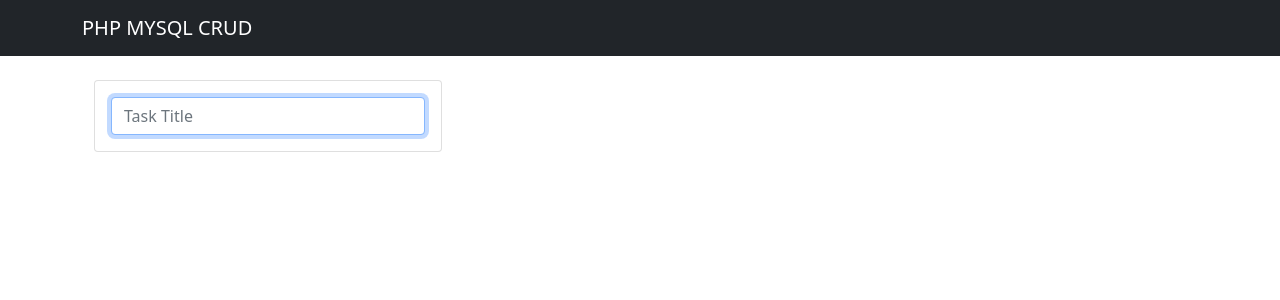
Repository: NickArregoces/Task_Crud
Page: http://localhost/
An editor plug-in stored every save of this project. The page is shown before and after the next save, followed by the edit.
The browser window is 1280 px wide. The pictures show the whole page.
Some web libraries are served in a nearby version. The page is run by PHP 8.4 with error messages shown; the project is at /var/www/html/.

Above is the page before, as saved 2022-03-17 16:41:46.

### index.php
<?php include("db.php") ?>

<?php include("includes/header.php") ?>

<div class="container p-4">
    <div class="row">
        <div class="col-md-4">
            <div class="card card-body"><!--tarjeta-->
                <form action="">
                    <div class="form-group">
                        <input type="text" name="title" class ="form-control" placeholder ="Task Title" autofocus>
                    </div>
                </form>
            </div>
        </div>

        <div class="col-md-8">

        </div>
    </div>
</div>

<?php include("includes/footer.php") ?>

### db.php
<?php
$conn = mysqli_connect( //var
    'localhost',//dominio
    'root',//usuario
    '',//constraseña
    'Php_mysql_CRUD'//database
);

?>

### includes/header.php
<!DOCTYPE html>
<html lang="en">
<head>
    <meta charset="UTF-8">
    <meta http-equiv="X-UA-Compatible" content="IE=edge">
    <meta name="viewport" content="width=device-width, initial-scale=1.0">
    <title>Task</title>
    <!--Bootstrap-->
    <link href="https://cdn.jsdelivr.net/npm/bootstrap@5.1.3/dist/css/bootstrap.min.css" rel="stylesheet" integrity="sha384-1BmE4kWBq78iYhFldvKuhfTAU6auU8tT94WrHftjDbrCEXSU1oBoqyl2QvZ6jIW3" crossorigin="anonymous">

</head>
<body>

<nav class="navbar navbar-dark bg-dark">
    <div class="container"> <!--centrar div-->
        <a href="index.php" class="navbar-brand">PHP MYSQL CRUD</a>
    </div>

</nav>

### includes/footer.php
    <!--Scripts-->
    <script src="https://cdn.jsdelivr.net/npm/bootstrap@5.1.3/dist/js/bootstrap.bundle.min.js" integrity="sha384-ka7Sk0Gln4gmtz2MlQnikT1wXgYsOg+OMhuP+IlRH9sENBO0LRn5q+8nbTov4+1p" crossorigin="anonymous"></script>

    <script src="https://cdn.jsdelivr.net/npm/@popperjs/core@2.10.2/dist/umd/popper.min.js" integrity="sha384-7+zCNj/IqJ95wo16oMtfsKbZ9ccEh31eOz1HGyDuCQ6wgnyJNSYdrPa03rtR1zdB" crossorigin="anonymous"></script>

    <script src="https://cdn.jsdelivr.net/npm/bootstrap@5.1.3/dist/js/bootstrap.min.js" integrity="sha384-QJHtvGhmr9XOIpI6YVutG+2QOK9T+ZnN4kzFN1RtK3zEFEIsxhlmWl5/YESvpZ13" crossorigin="anonymous"></script>
    </body>
</html>

After the next save:
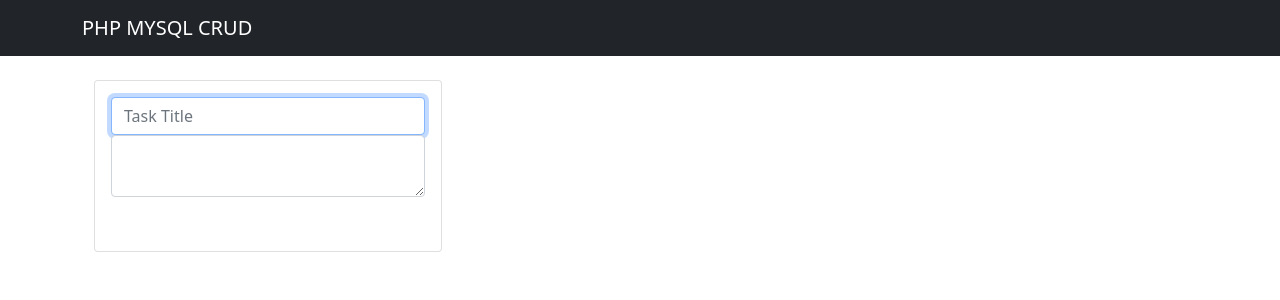
Saved 22 h 56 min later.
--- a/index.php
+++ b/index.php
@@ -10,6 +10,10 @@
                     <div class="form-group">
                         <input type="text" name="title" class ="form-control" placeholder ="Task Title" autofocus>
                     </div>
+                    <div class="form-group">
+                        <textarea name="description"  rows="2" class ="form-control" placeholder"Task Description"></textarea>
+                    </div>
+                    <input type="submit" class="btn btn-sucess btn-block" name "save_task" value "Save Task">
                 </form>
             </div>
         </div>
